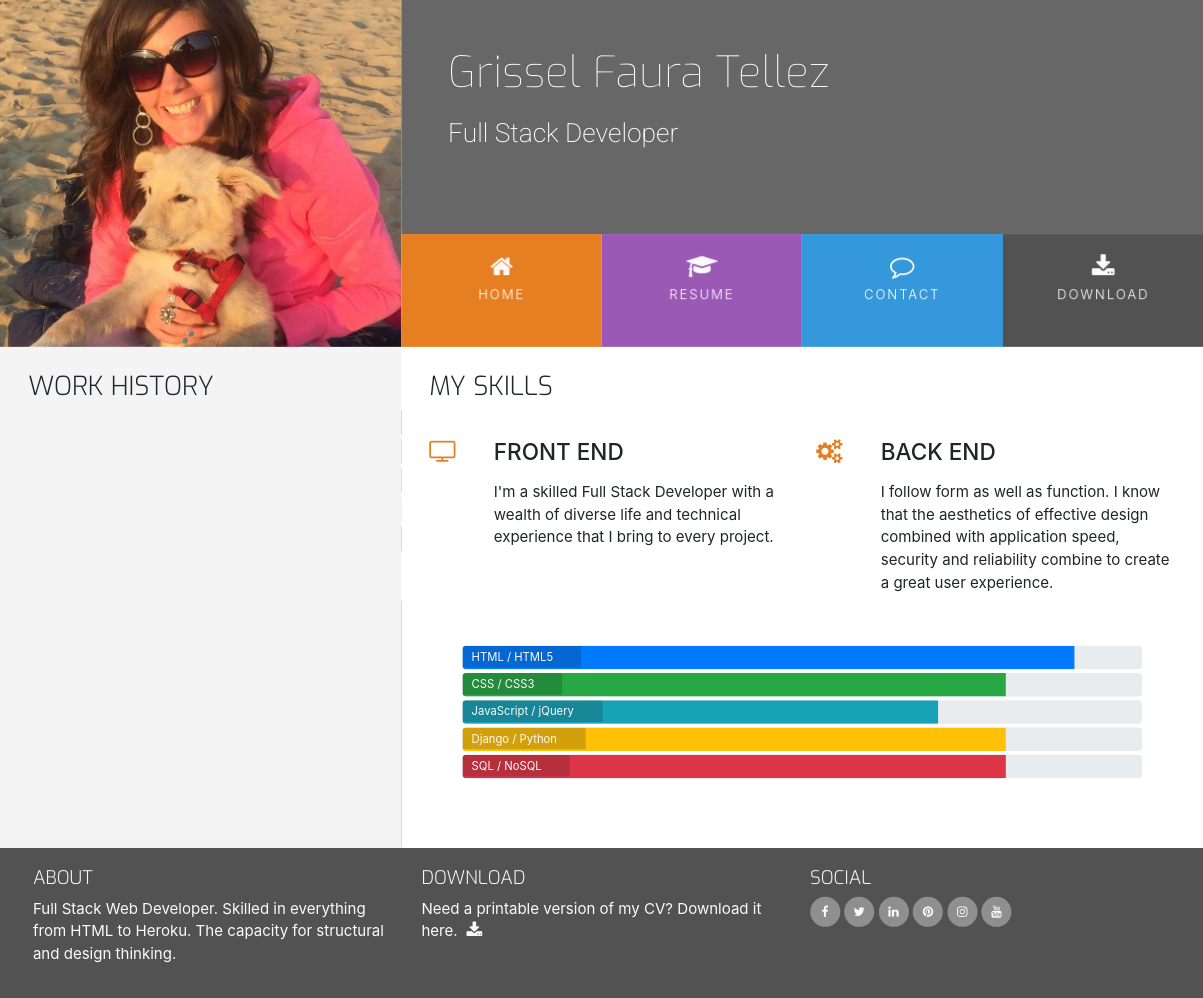
Repository: grisselfaura/Resume-Project-Introduction
Page: resume.html
The author's editor kept a record of every edit. The page is drawn from the files as they stood at one moment, then again after the next edit.
The browser window is 1280 px wide. The pictures show the whole page, at 94% of full size.

Above is the page before.

After the next edit:
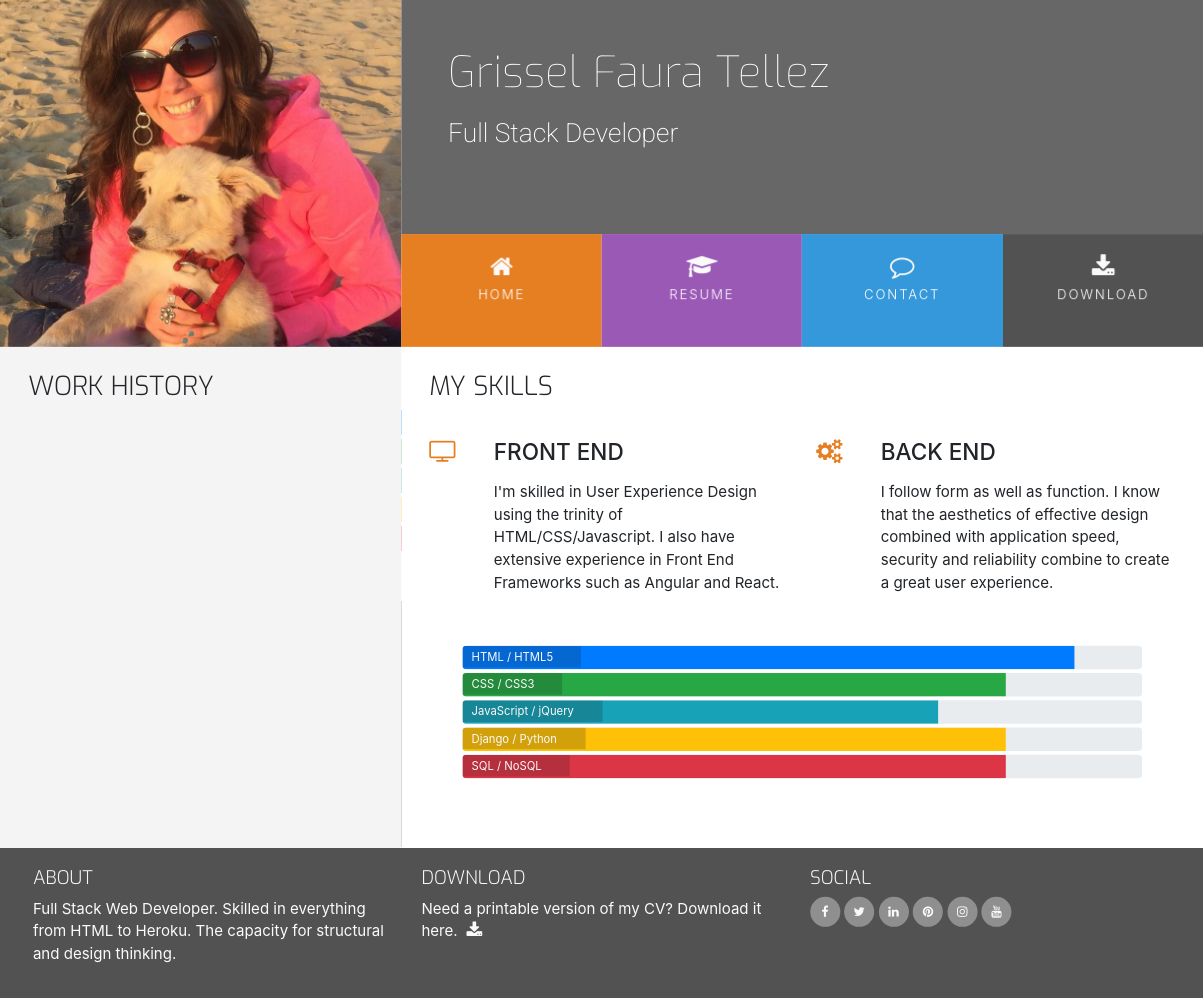
The edit:
--- a/resume.html
+++ b/resume.html
@@ -66,7 +66,7 @@
                             <div class="col-10">
                                 <h4 class="three-reasons-heading uppercase">Front End</h4>
                                 <p>
-                                    I'm a skilled Full Stack Developer with a wealth of diverse life and technical experience that I bring to every project.
+                                    I'm skilled in User Experience Design using the trinity of HTML/CSS/Javascript. I also have extensive experience in Front End Frameworks such as Angular and React.
                                 </p>
                             </div>
                         </div>
